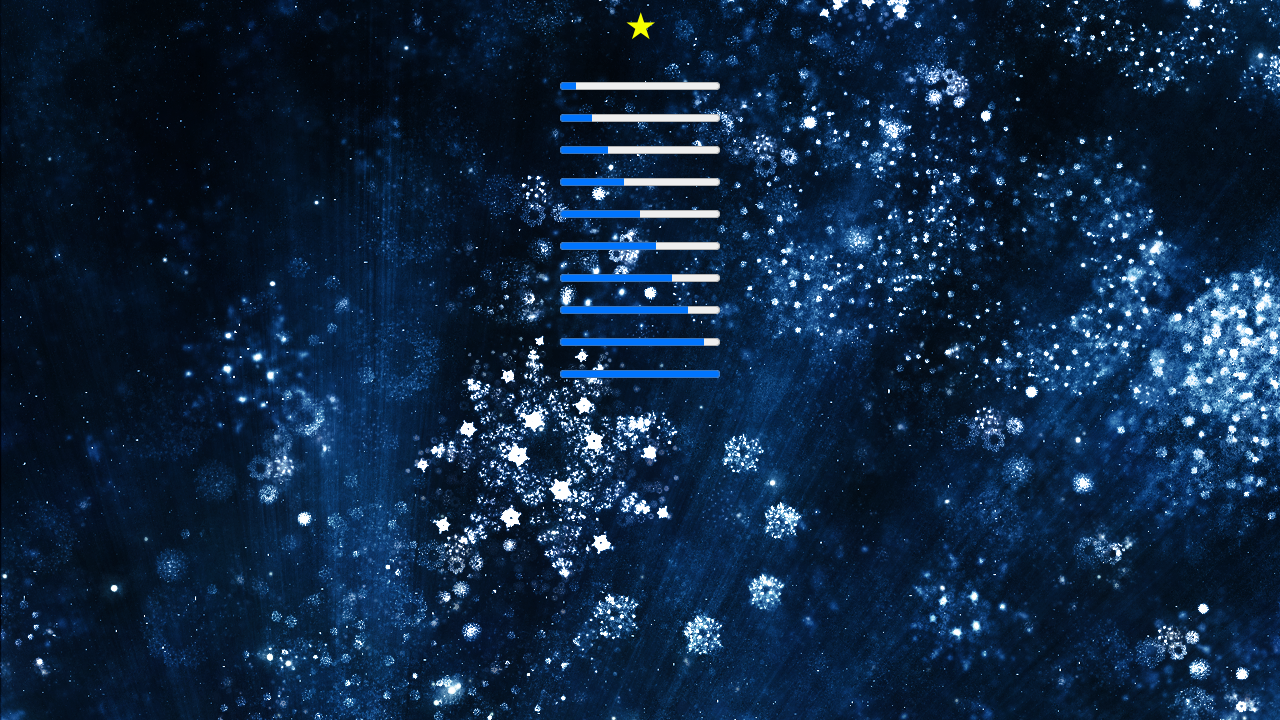
Repository: hanj291/hanj291.github.io
Page: CSS_composition/page5.html
The author's editor kept a record of every edit. The page is drawn from the files as they stood at one moment, then again after the next edit.
The browser window is 1280 px wide. The pictures show the whole page.

Above is the page before.

### CSS_composition/page5.html
<html>

	<head>
		<center>
		<h1><p style="color:#F6FF00">&#9733;</p></h1></a>
		<link href="page5css.css" rel="stylesheet">
	</head>
	<body>

		<p><progress value="10" max="100"></progress>
		<p><progress value="20" max="100"></progress>
		<p><progress value="30" max="100"></progress>
		<p><progress value="40" max="100"></progress>
		<p><progress value="50" max="100"></progress>
		<p><progress value="60" max="100"></progress>
		<p><progress value="70" max="100"></progress>
		<p><progress value="80" max="100"></progress>
		<p><progress value="90" max="100"></progress>
		<p><progress value="100" max="100"></progress>

	</body>
</html>

### CSS_composition/page5css.css
body {
    background-image: url(image/snow.jpeg);
}
.qq {
    transform: rotate(30deg)
}

After the next edit:
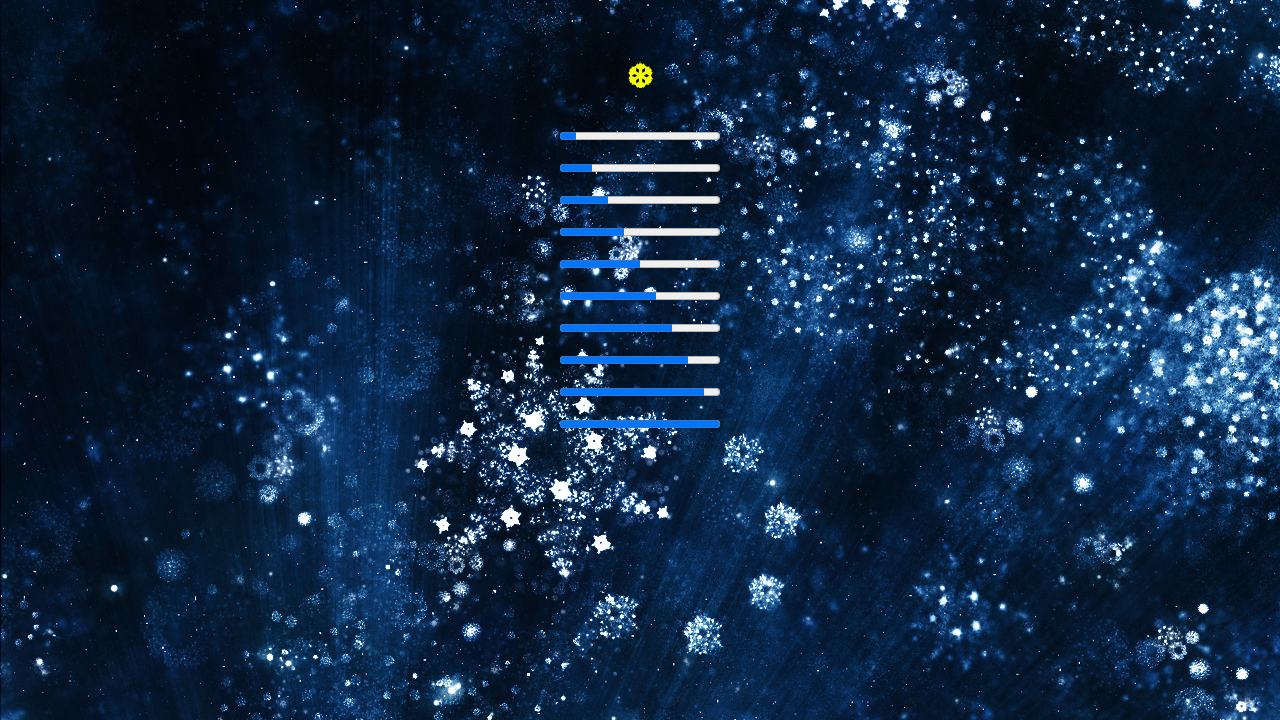
The edit:
--- a/CSS_composition/page5.html
+++ b/CSS_composition/page5.html
@@ -1,8 +1,8 @@
 <html>
 
 	<head>
-		<center>
-		<h1><p style="color:#F6FF00">&#9733;</p></h1></a>
+		<center>s
+		<h1><p style="color:#F6FF00">&#10054;</p></h1></a>
 		<link href="page5css.css" rel="stylesheet">
 	</head>
 	<body>
